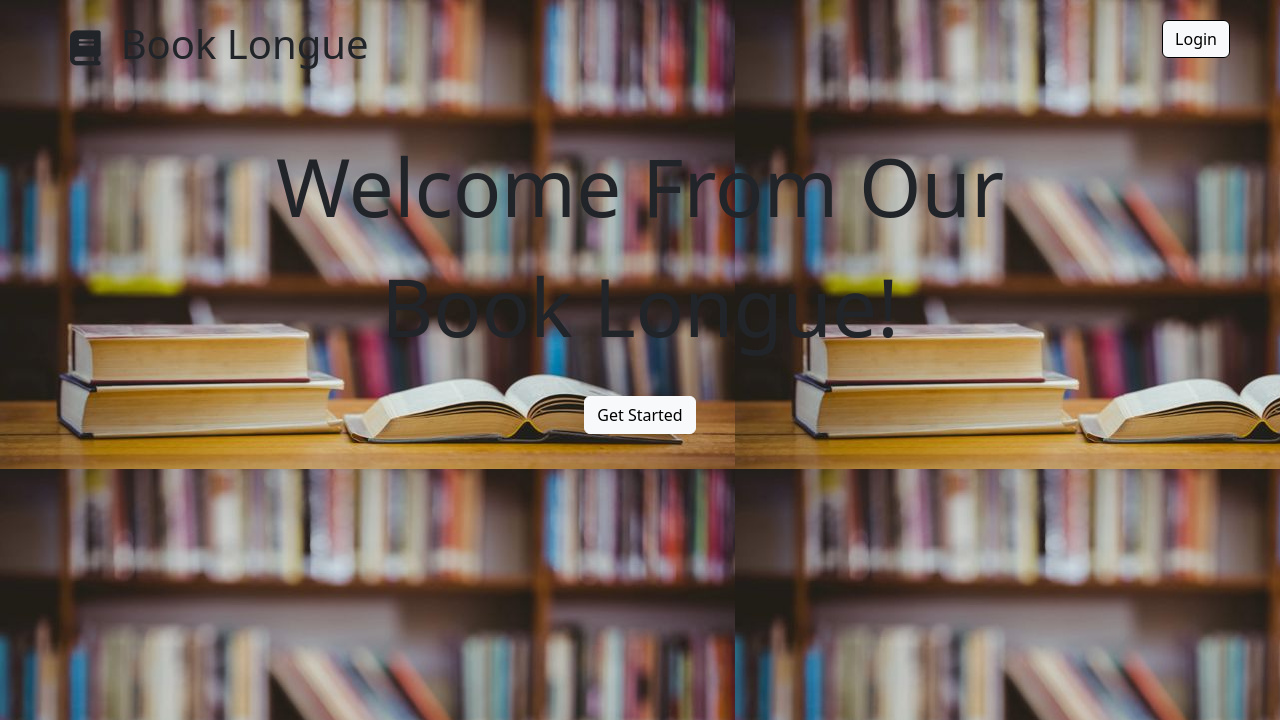
Repository: moehaymanmyint/Book-Longue-Web-System
Page: pages /GetStarted.html
These files come from the project's save history. The page is drawn as it stood at one moment and after the next save; the edit follows.
The browser window is 1280 px wide. The pictures show the whole page.

Above is the page before, as saved 2024-12-21 20:23:02.

### pages /GetStarted.html
<!DOCTYPE html>
<html lang="en">
<head>
    <meta charset="UTF-8">
    <meta name="viewport" content="width=device-width, initial-scale=1.0">
    <title>Book Longue - Get Started</title>
    <link href="https://cdn.jsdelivr.net/npm/bootstrap@5.3.3/dist/css/bootstrap.min.css" rel="stylesheet" integrity="sha384-QWTKZyjpPEjISv5WaRU9OFeRpok6YctnYmDr5pNlyT2bRjXh0JMhjY6hW+ALEwIH" crossorigin="anonymous">
    <script src="https://cdn.jsdelivr.net/npm/bootstrap@5.3.3/dist/js/bootstrap.bundle.min.js" integrity="sha384-YvpcrYf0tY3lHB60NNkmXc5s9fDVZLESaAA55NDzOxhy9GkcIdslK1eN7N6jIeHz" crossorigin="anonymous"></script>
    <link rel="stylesheet" href="../style/GetStarted.css">
    <link rel="stylesheet" href="https://cdnjs.cloudflare.com/ajax/libs/font-awesome/6.7.2/css/all.min.css" integrity="sha512-Evv84Mr4kqVGRNSgIGL/F/aIDqQb7xQ2vcrdIwxfjThSH8CSR7PBEakCr51Ck+w+/U6swU2Im1vVX0SVk9ABhg==" crossorigin="anonymous" referrerpolicy="no-referrer" />
</head>
<body>
    <div class="nav-bar">
        <div class="left">
            <i class="fa-solid fa-book"></i>
            <h1>Book Longue</h1>
        </div>
        <div class="right">
            <button type="button" class="btn btn-light">Login</button>
        </div>
    </div>
    <div class="content">
        <h1>Welcome From Our<br>Book Longue!</h1>
        <button type="button" class="btn btn-light">Get Started</button>
    </div>
</body>
</html>

### style/GetStarted.css
body{
    background-image: url(../src/GetStart-bg.jpg);
}
.content{
    display: flex;
    flex-direction: column;
    align-items: center;
}

.left{
    display: flex;
    align-items: center;
}

.left i{
    font-size: 35px;
    margin: 0 20px;
}
.nav-bar{
    display: flex;
    justify-content: space-between;
    margin: 20px 50px;
}

.nav-bar button{
    border: 1px solid black;
}

.content h1{
    font-size: 80px;
    text-align: center;
    line-height: 150%;
    margin: 30px;
}

After the next save:
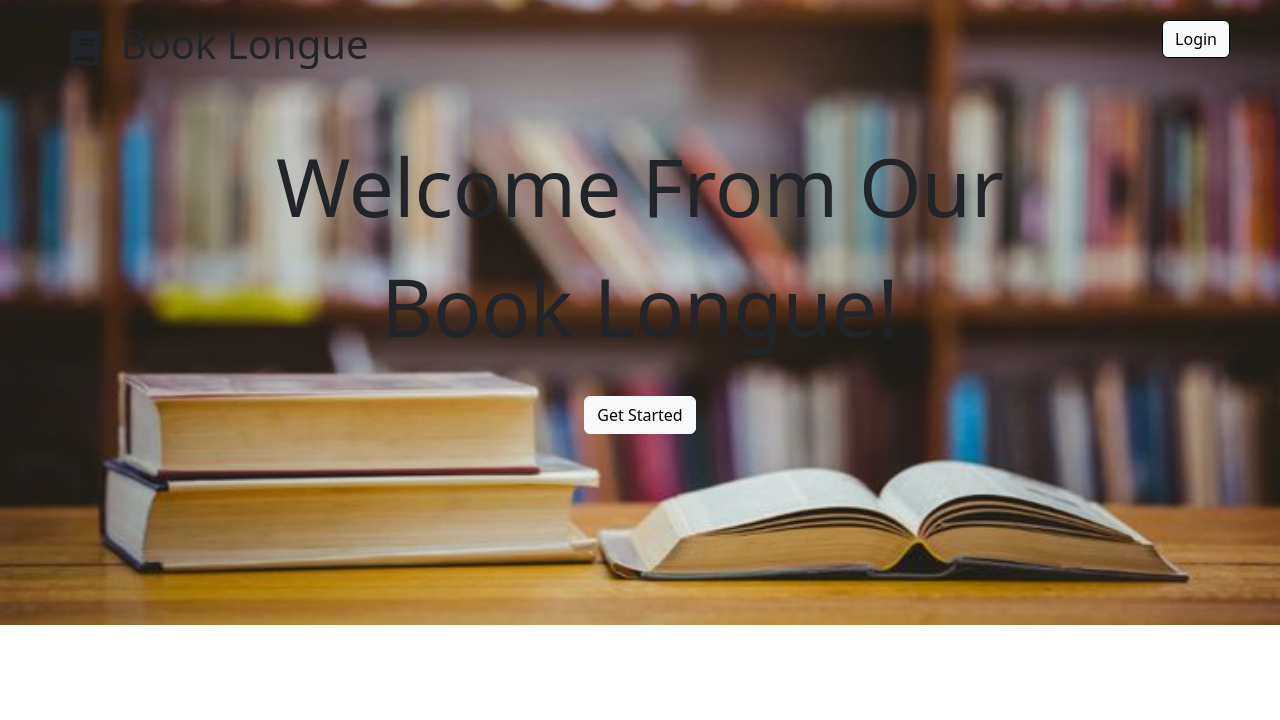
Saved 71 s later.
--- a/style/GetStarted.css
+++ b/style/GetStarted.css
@@ -1,5 +1,9 @@
 body{
     background-image: url(../src/GetStart-bg.jpg);
+    background-size: cover;
+    background-repeat: no-repeat;
+    background-position: center;
+    position: relative;
 }
 .content{
     display: flex;
